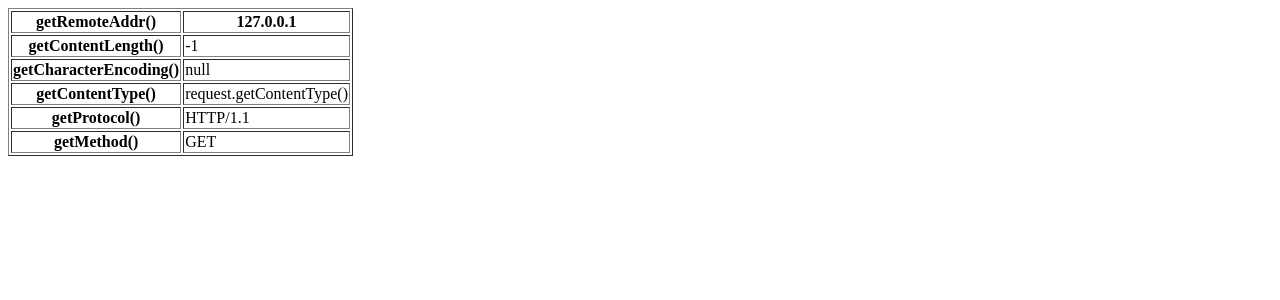
Repository: psg1415/jsp
Page: http://localhost/JSPBook/ch05/request04.jsp
The author's editor kept a copy of each file at every save. The page is drawn from the files as they stood at one save, then again after the next save.
The browser window is 1280 px wide. The pictures show the whole page.
The page is served by Tomcat 9. Nobody is signed in. The application's start-up code is not run. Other server files are loaded and not shown.

Above is the page before, as saved 2021-09-29 07:00:13.

### JSPBook/src/main/webapp/ch05/request04.jsp
<%@ page contentType="text/html; charset=utf-8" %>
<table border="1">
	<tr>
		<th>getRemoteAddr()</th>
		<th><%=request.getRemoteAddr() %></th>
	</tr>
	<tr>
		<th>getContentLength()</th>
		<td>
			<%=request.getContentLength() %>
		</td>
	</tr>
	<tr>
		<th>getCharacterEncoding()</th>
		<td><%=request.getCharacterEncoding() %></td>
	</tr>
	<tr>
		<th>getContentType()</th>
		<td>request.getContentType()</td>
	</tr>
	<tr>
		<th>getProtocol()</th>
		<td><%=request.getProtocol() %></td>
	</tr>
	<tr>
		<th>getMethod()</th>
		<td><%=request.getMethod() %></td>
	</tr>
</table>

After the next save:
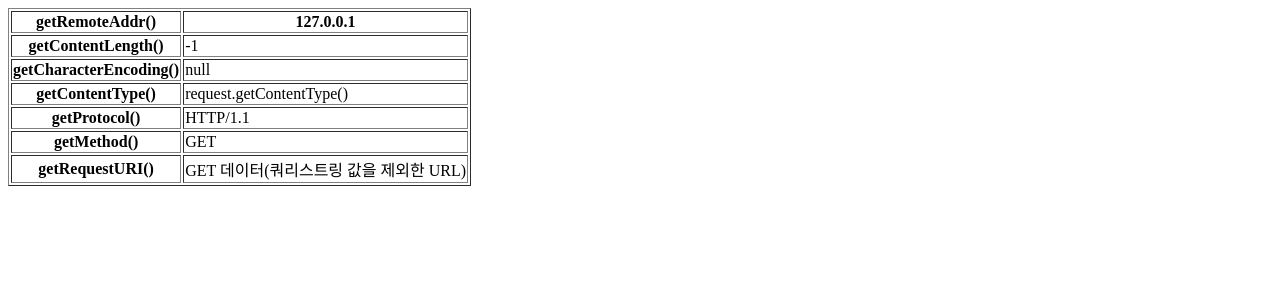
Saved 103 s later.
--- a/JSPBook/src/main/webapp/ch05/request04.jsp
+++ b/JSPBook/src/main/webapp/ch05/request04.jsp
@@ -26,4 +26,10 @@
 		<th>getMethod()</th>
 		<td><%=request.getMethod() %></td>
 	</tr>
+	<tr>
+		<th>getRequestURI()</th>
+		<td>
+			GET 데이터(쿼리스트링 값을 제외한 URL)
+		</td>
+	</tr>
 </table>
